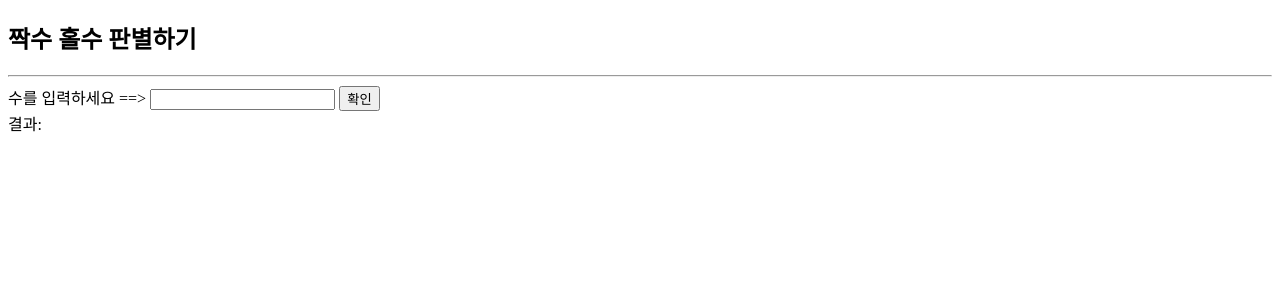
Repository: MegiLove/JavascriptStudy
Page: http://localhost/day1230/evenOddTest.jsp
These files come from the project's save history. The page is drawn as it stood at one moment and after the next save; the edit follows.
The browser window is 1280 px wide. The pictures show the whole page.
The page is served by Tomcat 9.

Above is the page before, as saved 2021-12-30 08:28:06.

After the next save:
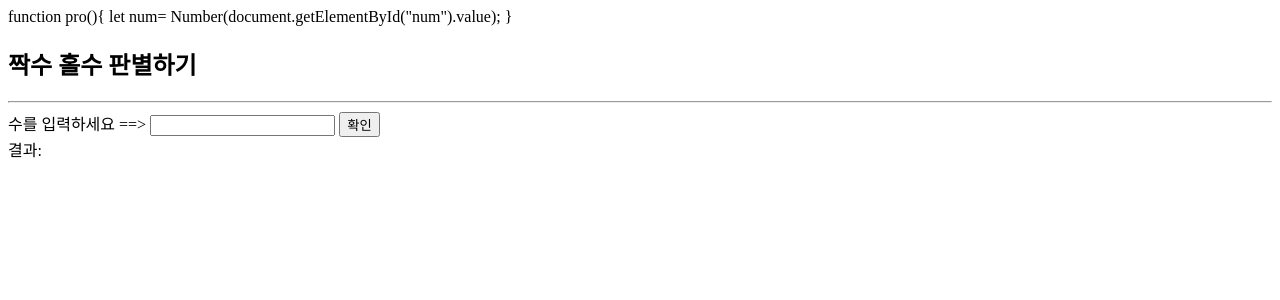
Saved 41 s later.
--- a/day1230/src/main/webapp/evenOddTest.jsp
+++ b/day1230/src/main/webapp/evenOddTest.jsp
@@ -5,6 +5,9 @@
 <head>
 <meta charset="UTF-8">
 <title>Insert title here</title>
+	function pro(){
+		let num= Number(document.getElementById("num").value);
+	}
 </head>
 <body>
 	<h2>짝수 홀수 판별하기</h2>

After the save that followed:
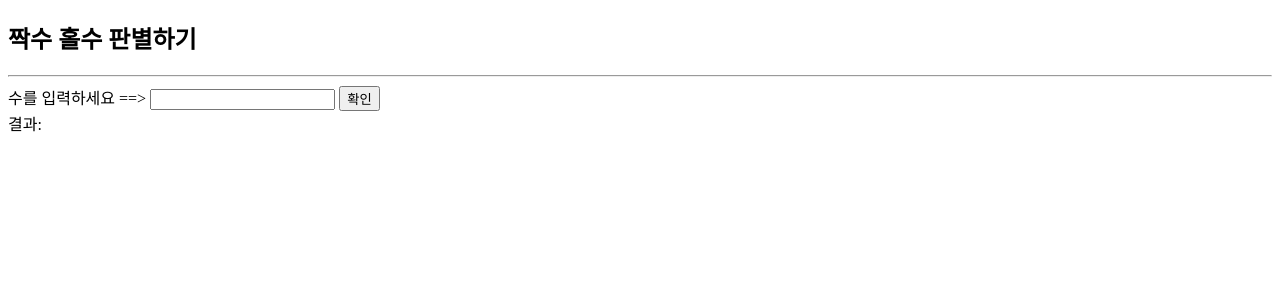
Saved 23 s later.
--- a/day1230/src/main/webapp/evenOddTest.jsp
+++ b/day1230/src/main/webapp/evenOddTest.jsp
@@ -5,9 +5,12 @@
 <head>
 <meta charset="UTF-8">
 <title>Insert title here</title>
-	function pro(){
-		let num= Number(document.getElementById("num").value);
+<script type="text/javascript">
+function pro(){
+	let num= Number(document.getElementById("num").value);
 	}
+</script>
+
 </head>
 <body>
 	<h2>짝수 홀수 판별하기</h2>
